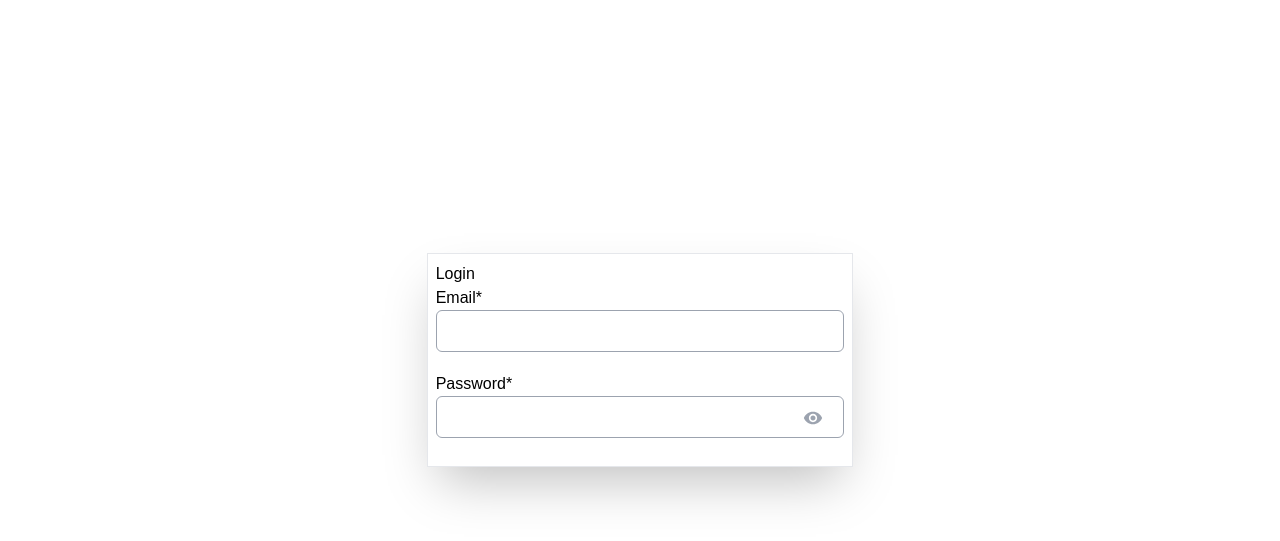
Repository: Qu4ntumGuy/support-ai
Page: /auth (app in frontend/)
The author's editor kept a copy of each file at every save. The page is drawn from the files as they stood at one save, then again after the next save.
The browser window is 1280 px wide. The pictures show the whole page.
The project was rebuilt for these pictures with package versions that can differ from the ones it lists, and the page was loaded fresh each time.

Above is the page before, as saved 2024-07-13 18:43:24.

### frontend/src/index.css
@tailwind base;
@tailwind components;
@tailwind utilities;

@import url("https://fonts.googleapis.com/css2?family=Poppins:ital,wght@0,100;0,200;0,300;0,400;0,500;0,600;0,700;0,800;0,900;1,100;1,200;1,300;1,400;1,500;1,600;1,700;1,800;1,900&display=swap");

:root {
  font-family: "Poppins", sans-serif;
  color-scheme: light;
}

### frontend/src/App.js
import React, { Suspense } from "react";
import { Route, Routes } from "react-router-dom";
import { BrowserRouter } from "react-router-dom";

const Home = React.lazy(() => import("./Pages/Home/Home"));
const Auth = React.lazy(() => import("./Pages/Auth/Auth"));

function App() {
  return (
    <>
      <BrowserRouter>
        <Suspense fallback={<div>Loading...</div>}>
          <Routes>
            <Route path="/" exact element={<Home />} />
            <Route path="/auth" exact element={<Auth />} />
          </Routes>
        </Suspense>
      </BrowserRouter>
    </>
  );
}

export default App;

### frontend/src/Pages/Auth/Auth.js
import React from "react";
import { Link } from "react-router-dom";
import VisibilityIcon from "@mui/icons-material/Visibility";
import VisibilityOffIcon from "@mui/icons-material/VisibilityOff";

function Auth() {
  const [email, setEmail] = React.useState("");
  const [password, setPass] = React.useState("");
  const [showPassword, setShowPassword] = React.useState(false);
  const [loading, setLoading] = React.useState(false);

  const loginHandler = async (e) => {
    e.preventDefault();
    setLoading(true);
    const res = await fetch("http://localhost:8000/api/login", {
      method: "POST",
      headers: {
        "Content-Type": "application/json",
      },
      body: JSON.stringify({ email, password }),
    });
    const data = await res.json();
    console.log(data);
    setLoading(false);
  };

  return (
    <div className="flex h-screen justify-center items-center">
      <div className="border border-gray-200 p-2 w-full m-5 shadow-2xl xl:w-1/3 2xl:w-1/4">
        <div>Login</div>
        <div>
          <form>
            <div>
              <label>Email*</label>
              <input
                type="text"
                className=" hover:border-gray-500 border bg-inherit focus:outline-none  border-gray-400 w-full p-[2%] rounded-md mb-5"
                name="email"
                required
                onChange={(e) => setEmail(e.target.value)}
                value={email}
              />
            </div>
            <div>
              <label>Password*</label>
              <div className="flex border hover:border-gray-500 focus:outline-none  border-gray-400 w-full p-[2%] rounded-md mb-5 ">
                <input
                  type={showPassword ? "text" : "password"}
                  className="focus:outline-none w-11/12 bg-inherit"
                  name="password"
                  required
                  onChange={(e) => setPass(e.target.value)}
                  value={password}
                />
                <div
                  onClick={() => setShowPassword(!showPassword)}
                  className="w-1/12 cursor-pointer text-gray-400"
                >
                  {showPassword ? (
                    <VisibilityOffIcon fontSize="small" />
                  ) : (
                    <VisibilityIcon fontSize="small" />
                  )}
                </div>
              </div>
            </div>
          </form>
        </div>
      </div>
    </div>
  );
}

export default Auth;

Loaded but not shown: frontend/public/index.html (common file); frontend/src/index.js (common file); frontend/src/reportWebVitals.js (common file); frontend/tailwind.config.js (common file)

After the next save:
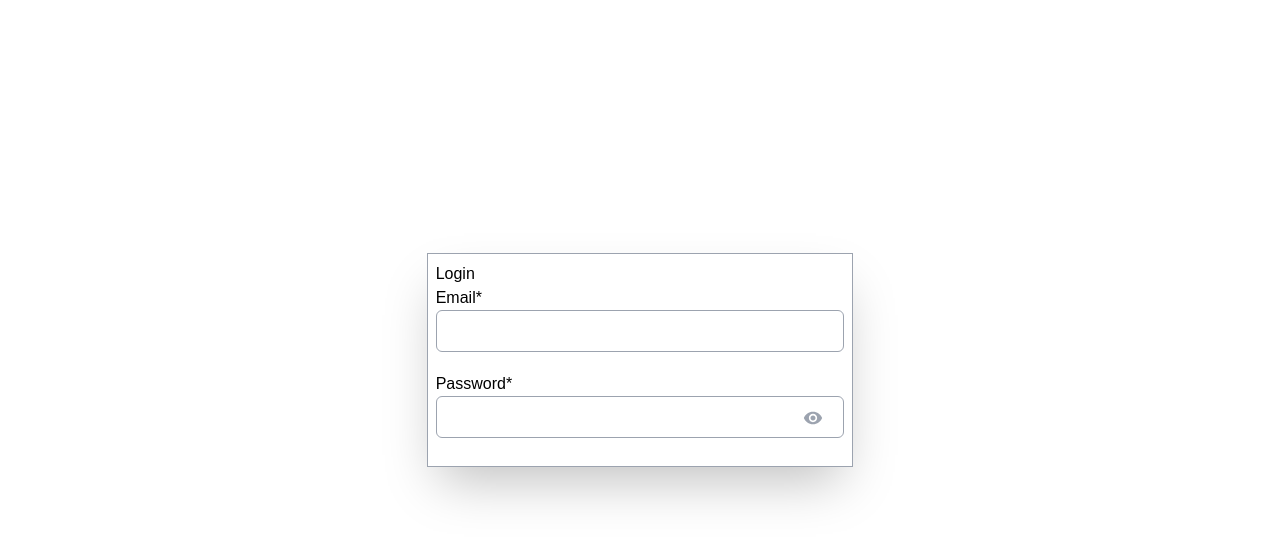
Saved 7 s later.
--- a/frontend/src/Pages/Auth/Auth.js
+++ b/frontend/src/Pages/Auth/Auth.js
@@ -26,7 +26,7 @@ function Auth() {
 
   return (
     <div className="flex h-screen justify-center items-center">
-      <div className="border border-gray-200 p-2 w-full m-5 shadow-2xl xl:w-1/3 2xl:w-1/4">
+      <div className="border border-gray-400 p-2 w-full m-5 shadow-2xl xl:w-1/3 2xl:w-1/4">
         <div>Login</div>
         <div>
           <form>
